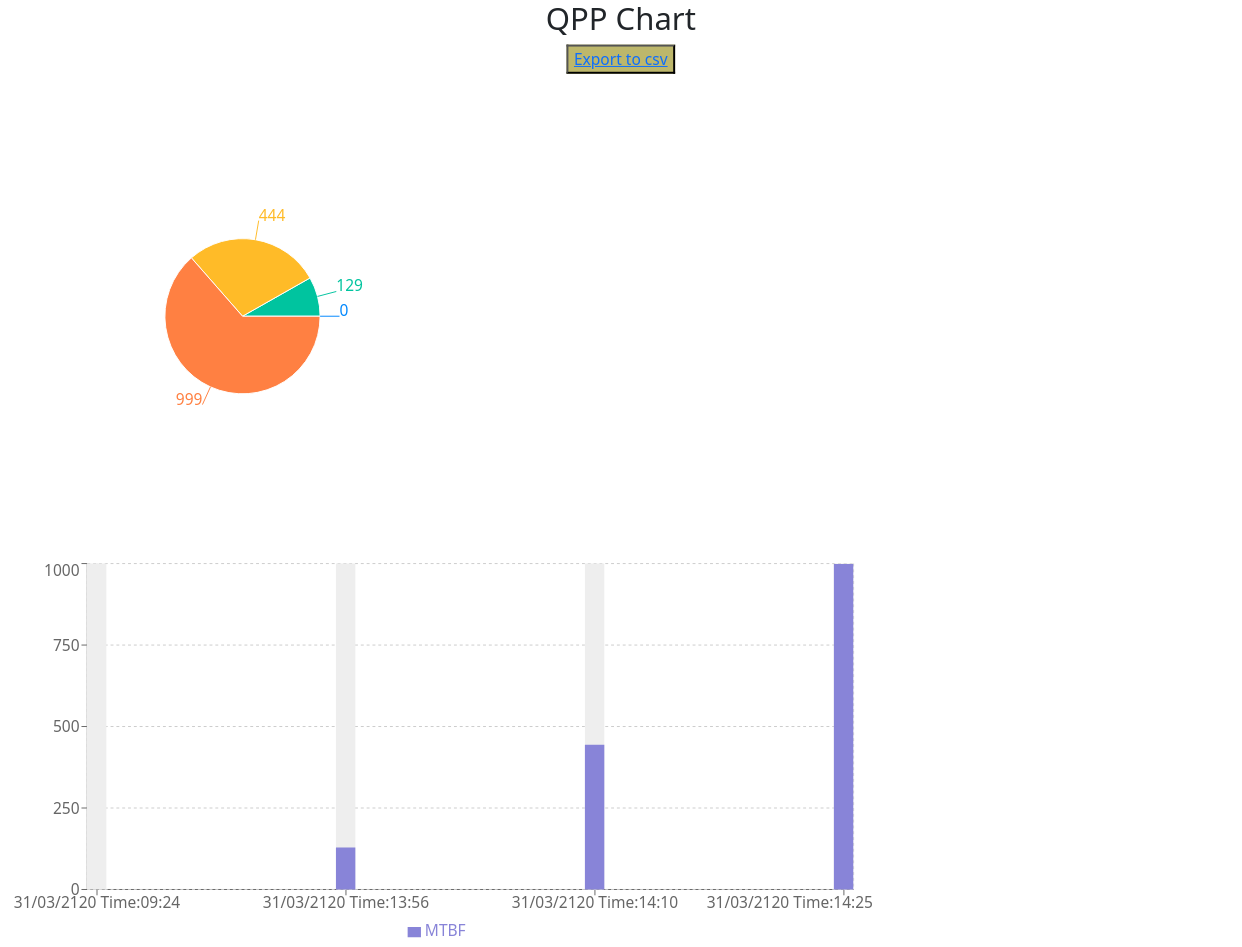
Repository: exiled-kal/ReactChartPrac
Page: /
These files come from the project's save history. The page is drawn as it stood at one moment and after the next save; the edit follows.
The browser window is 1280 px wide. The pictures show the whole page, at 97% of full size.
The project was rebuilt for these pictures with package versions that can differ from the ones it lists, and the page was loaded fresh each time.

Above is the page before, as saved 2021-04-18 19:57:47.

After the next save:
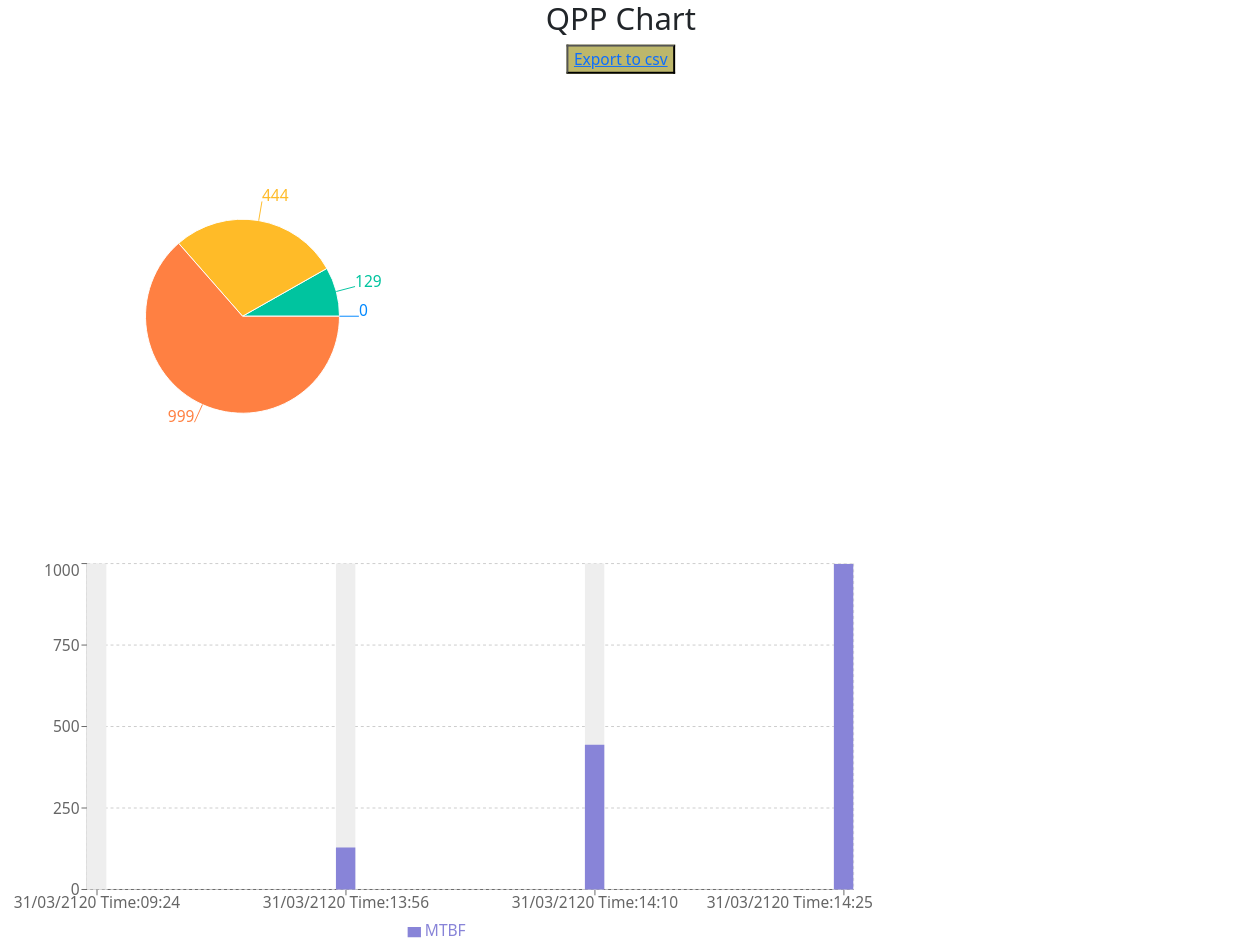
Saved 4 s later.
--- a/src/App.js
+++ b/src/App.js
@@ -115,7 +115,7 @@ function App() {
             data={data}
             cx="50%"
             cy="50%"
-            outerRadius={80}
+            outerRadius={100}
             fill="#8884d8"
             label="Start Date Time"
           >
